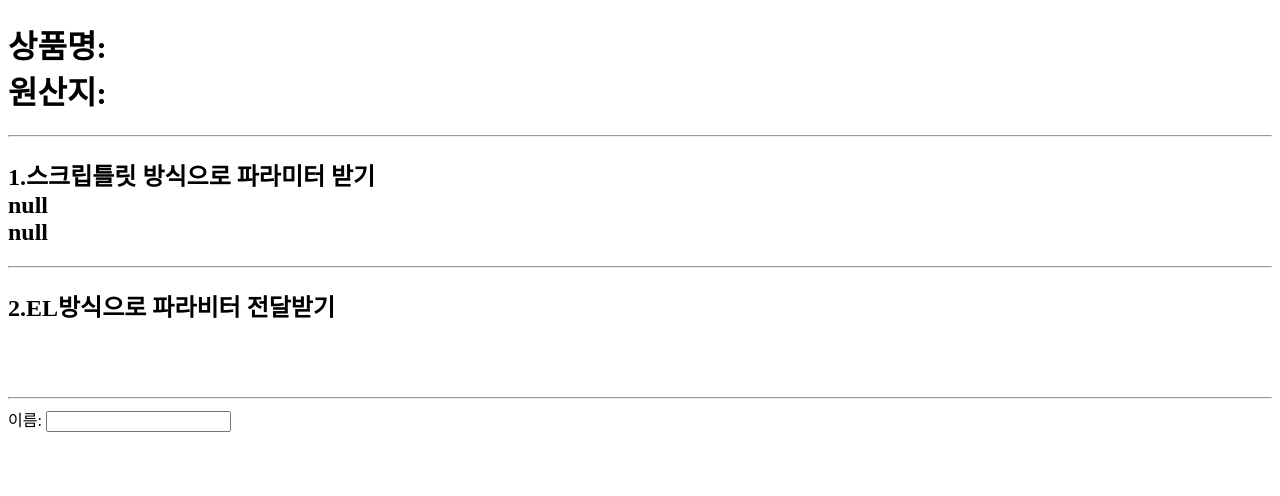
Repository: hwimi/2024-04-12
Page: http://localhost/jstl_study/step-3.jsp
These files come from the project's save history. The page is drawn as it stood at one moment and after the next save; the edit follows.
The browser window is 1280 px wide. The pictures show the whole page.
The page is served by Tomcat 9.

Above is the page before, as saved 2024-04-11 03:15:07.

After the next save:
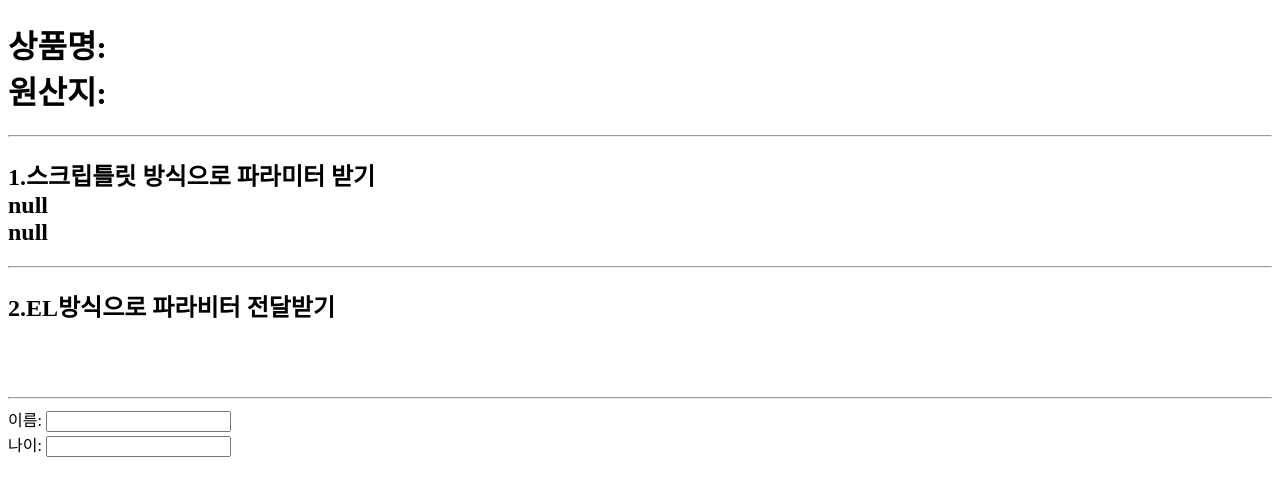
Saved 7 s later.
--- a/jstl_study/src/main/webapp/step-3.jsp
+++ b/jstl_study/src/main/webapp/step-3.jsp
@@ -36,6 +36,7 @@
 
 		<form action="step-4.jsp">
 		이름: <input type="text" name="name"><br>
+		나이: <input>
 
 		</form>
 
